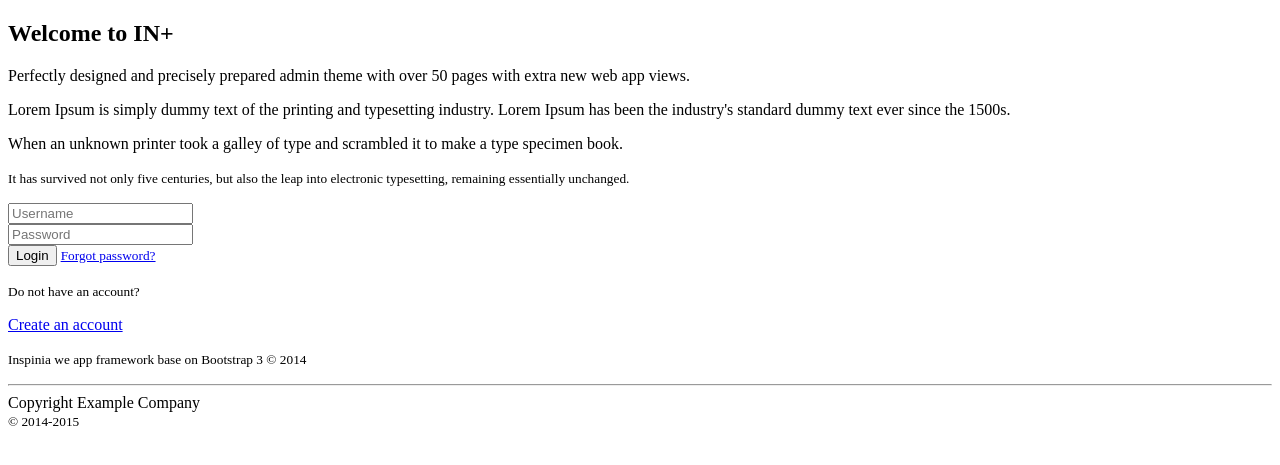
Repository: ndmq03102002/crud_laravel
Page: http://localhost/admin/login
An editor plug-in stored every save of this project. The page is shown before and after the next save, followed by the edit.
The browser window is 1280 px wide. The pictures show the whole page.
The page is served by the project's Laravel application, run on PHP 8.4 with Laravel 10. Other server files are loaded and not shown.

Above is the page before, as saved 2024-07-11 11:41:03.

### routes/web.php
<?php

use App\Http\Controllers\HomeController;
use App\Http\Controllers\AdminController;
use Illuminate\Support\Facades\Route;

/*
|--------------------------------------------------------------------------
| Web Routes
|--------------------------------------------------------------------------
|
| Here is where you can register web routes for your application. These
| routes are loaded by the RouteServiceProvider and all of them will
| be assigned to the "web" middleware group. Make something great!
|
*/

Route::group(['prefix' => ''], function () {
    Route::get('/', [HomeController::class, 'index'])->name('home.index');
});

Route::get('/admin/login', [AdminController::class, 'login'])->name('admin.login');
Route::post('/admin/login', [AdminController::class, 'Checklogin']);
Route::get('/admin/register', [AdminController::class, 'register'])->name('admin.register');
Route::post('/admin/register', [AdminController::class, 'Checkregister']);


Route::group(['prefix' => 'admin', 'middleware'=>'auth'], function () {
    Route::get('/', [AdminController::class, 'index'])->name('admin.index');
});

### app/Http/Controllers/AdminController.php
<?php

namespace App\Http\Controllers;

use Illuminate\Http\Request;
use App\Models\User;
class AdminController extends Controller
{
    public function index()
    {
        return view('admin.index');
    }

    public function login()
    {
        return view('admin.login');
    }

    public function Checklogin()
    {
        request()->validate([
            'email' => 'required|email|exists:users',
            'password' => 'required|min:6',

        ]);
        $data = request()->all('email', 'password');
        dd($data);
    }

    public function register()
    {
        return view('admin.register');
    }

    public function Checkregister()
    {
        request()->validate([
            'email' => 'required|email|unique:users',
            'name' => 'required',
            'password' => 'required|min:6',
            'confirmpassword' => 'required|same:password'
        ]);
        $data = request()->all('email','name');
        $data['password'] = bcrypt(request('password'));

        User::create($data);
        return redirect()->route('admin.login');
    }
}

### resources/views/admin/login.blade.php
<!DOCTYPE html>
<html>

<head>

    <meta charset="utf-8">
    <meta name="viewport" content="width=device-width, initial-scale=1.0">

    <title>INSPINIA | Login 2</title>

    <link href="backend/css/bootstrap.min.css" rel="stylesheet">
    <link href="backend/font-awesome/css/font-awesome.css" rel="stylesheet">
    <link href="backend/css/animate.css" rel="stylesheet">
    <link href="backend/css/style.css" rel="stylesheet">

</head>

<body class="gray-bg">

    <div class="loginColumns animated fadeInDown">
        <div class="row">

            <div class="col-md-6">
                <h2 class="font-bold">Welcome to IN+</h2>

                <p>
                    Perfectly designed and precisely prepared admin theme with over 50 pages with extra new web app views.
                </p>

                <p>
                    Lorem Ipsum is simply dummy text of the printing and typesetting industry. Lorem Ipsum has been the industry's standard dummy text ever since the 1500s.
                </p>

                <p>
                    When an unknown printer took a galley of type and scrambled it to make a type specimen book.
                </p>

                <p>
                    <small>It has survived not only five centuries, but also the leap into electronic typesetting, remaining essentially unchanged.</small>
                </p>

            </div>
            <div class="col-md-6">
                <div class="ibox-content">

                    <form class="m-t" role="form" action="" method = "post">
                        @csrf
                        <div class="form-group">
                            <input type="email" class="form-control" name = "email" placeholder="Username" required="">
                        </div>
                        <div class="form-group">
                            <input type="password" class="form-control" name="password" placeholder="Password" required="">
                        </div>
                        <button type="submit" class="btn btn-primary block full-width m-b">Login</button>

                        <a href="#">
                            <small>Forgot password?</small>
                        </a>

                        <p class="text-muted text-center">
                            <small>Do not have an account?</small>
                        </p>
                        <a class="btn btn-sm btn-white btn-block" href="{{route('admin.register')}}">Create an account</a>
                    </form>
                    <p class="m-t">
                        <small>Inspinia we app framework base on Bootstrap 3 &copy; 2014</small>
                    </p>
                </div>
            </div>
        </div>
        <hr/>
        <div class="row">
            <div class="col-md-6">
                Copyright Example Company
            </div>
            <div class="col-md-6 text-right">
               <small>© 2014-2015</small>
            </div>
        </div>
    </div>

</body>

</html>

Loaded but not shown: app/Http/Controllers/Controller.php (common file)

After the next save:
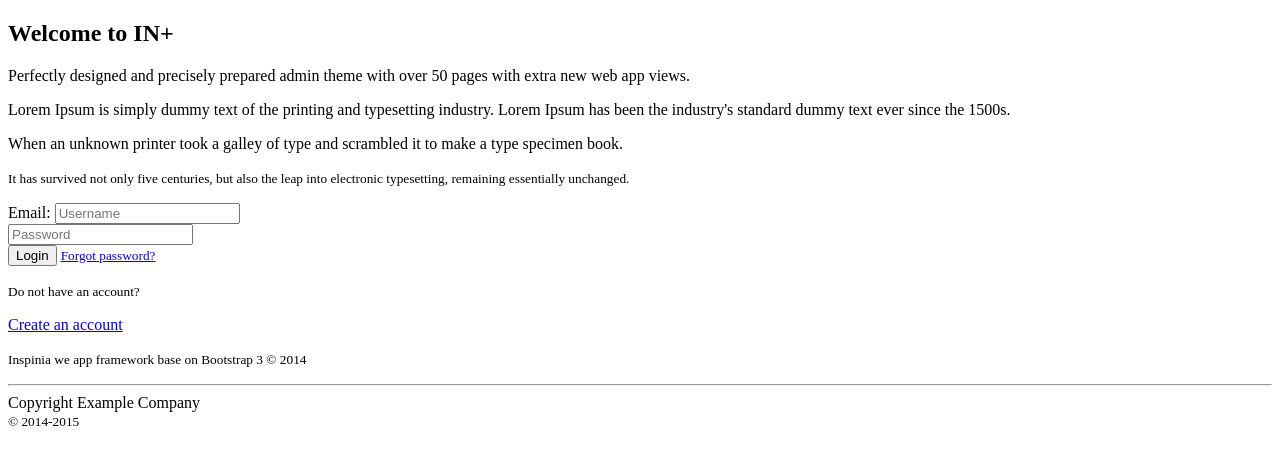
Saved 77 s later.
--- a/resources/views/admin/login.blade.php
+++ b/resources/views/admin/login.blade.php
@@ -46,6 +46,7 @@
                     <form class="m-t" role="form" action="" method = "post">
                         @csrf
                         <div class="form-group">
+                            Email:
                             <input type="email" class="form-control" name = "email" placeholder="Username" required="">
                         </div>
                         <div class="form-group">
